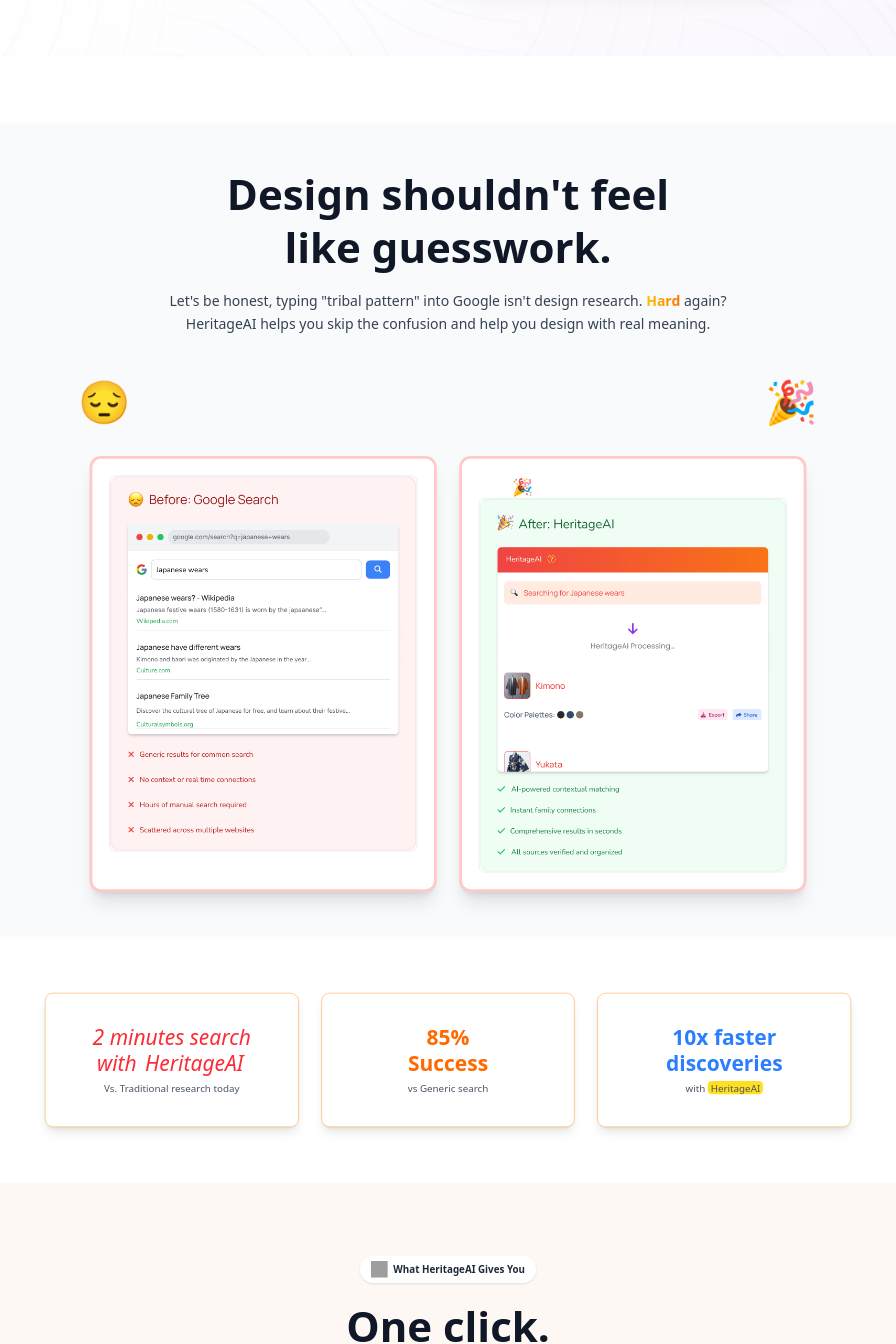
Repository: Em-driod/Heritage
Page: /
The author's editor kept a copy of each file at every save. The page is drawn from the files as they stood at one save, then again after the next save.
The browser window is 1280 px wide. The pictures show the part of the page from y = 775 to 2695 px (the page is 5838 px tall before and 5778 px after), at 70% of full size.
Pictures or frames that could not be fetched are drawn as grey boxes. The project was rebuilt for these pictures with package versions that can differ from the ones it lists, and the page was loaded fresh each time. Also part of the build but not shown: vite.config.ts.

Above is the page before, as saved 2025-07-08 18:30:00.

After the next save:
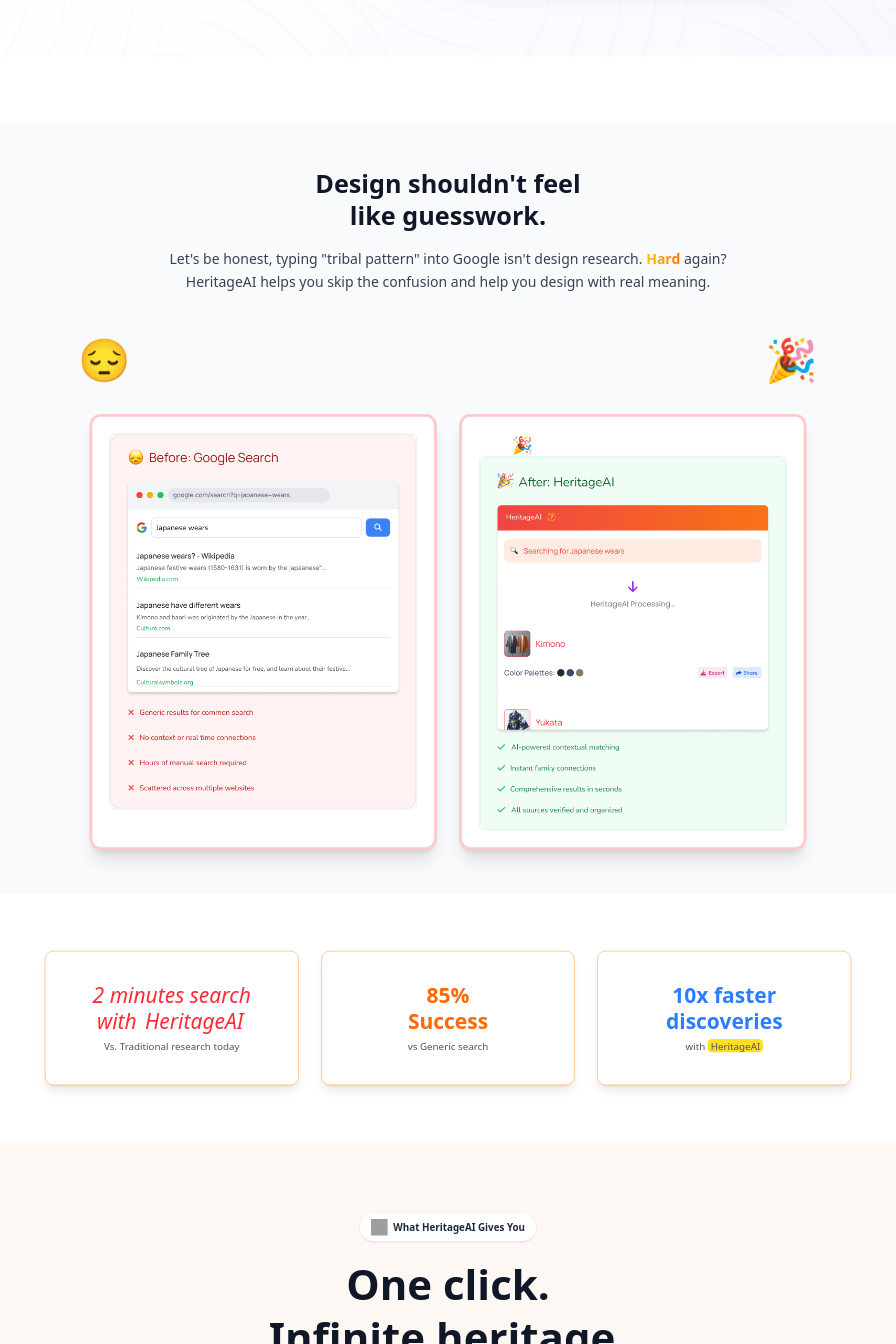
Saved 74 s later.
--- a/src/components/landsecont.tsx
+++ b/src/components/landsecont.tsx
@@ -3,7 +3,7 @@
     <div className="flex flex-col items-center justify-center min-h-screen bg-gray-50 py-16 px-4 sm:px-6 lg:px-8">
       {/* Top Section: Main Heading and Subheading */}
       <div className="text-center mb-16 max-w-4xl mx-auto">
-        <h1 className="text-4xl sm:text-5xl lg:text-6xl font-bold text-gray-900 leading-tight">
+        <h1 className="text-4xl sm:text-5xl lg:text-4xl font-bold text-gray-900 leading-tight">
           Design shouldn't feel
           <br />
           like guesswork.
